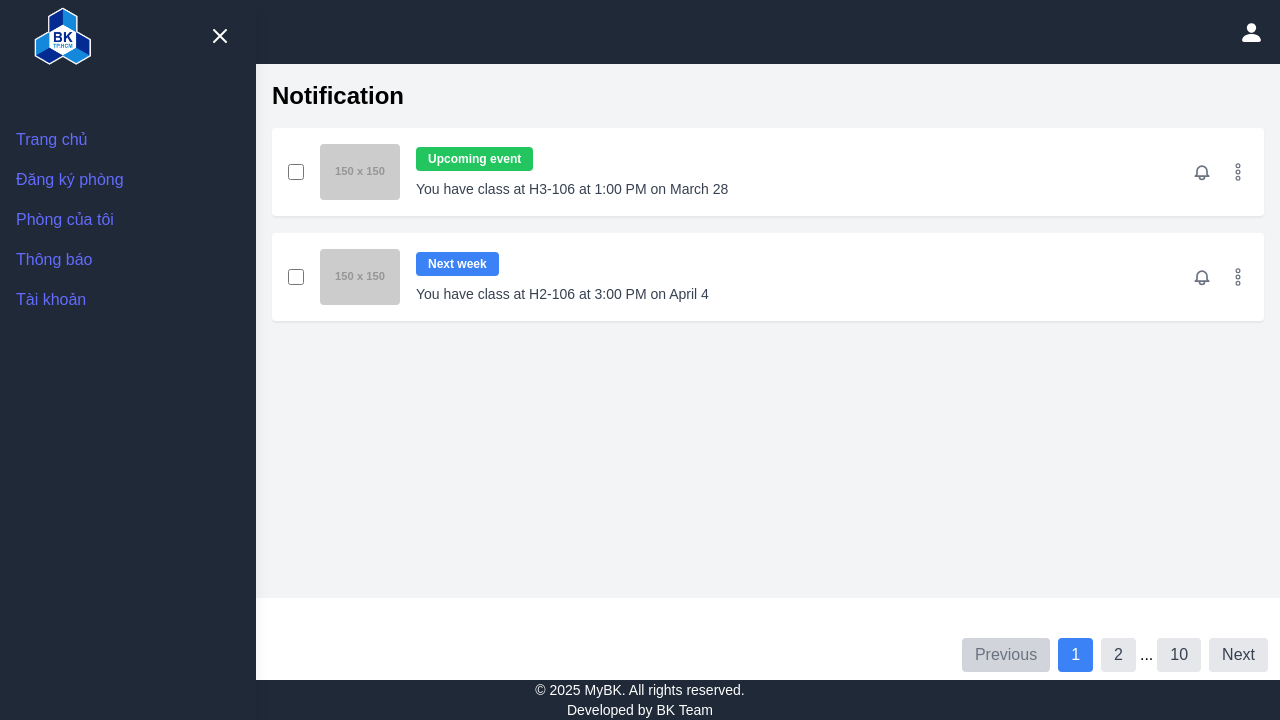
Repository: CNPM-S3MRS/frontend-web
Page: /notification
An editor plug-in stored every save of this project. The page is shown before and after the next save, followed by the edit.
The browser window is 1280 px wide. The pictures show the whole page.
The project was rebuilt for these pictures with package versions that can differ from the ones it lists, and the page was loaded fresh each time. Also part of the build but not shown: vite.config.js, src/pages/auth/Login.jsx.

Above is the page before, as saved 2025-04-09 03:20:51.

After the next save:
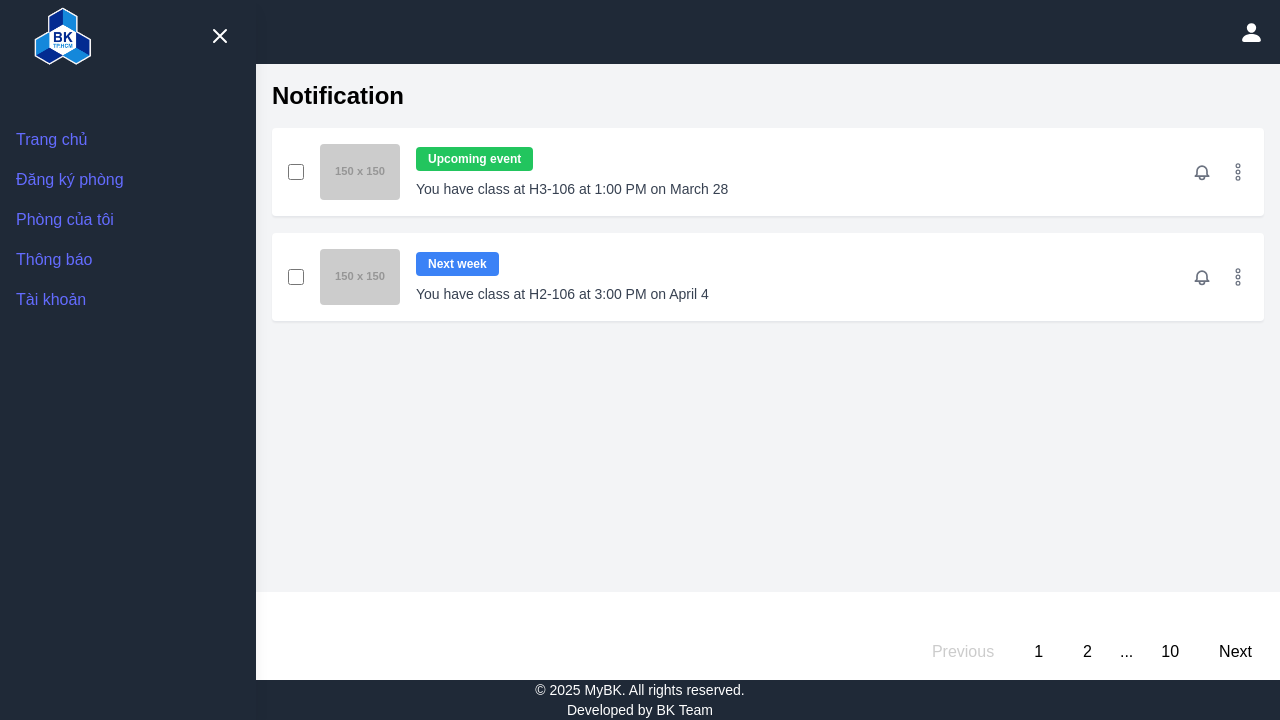
Saved 90 s later.
--- a/src/index.css
+++ b/src/index.css
@@ -63,8 +63,30 @@
   justify-content: center;
 }
 
-.pagination {
-  background-color: none;
+/* Pagination Buttons */
+.pagination button {
+  background-color: transparent; /* Remove background color */
+  border: none; /* Remove border */
+  color: #000; /* Set text color */
+  cursor: pointer;
+  padding: 0.5rem 1rem;
+  font-size: 1rem;
+  font-weight: 500;
+  transition: color 0.3s ease;
+}
+
+.pagination button:hover {
+  color: #007bff; /* Change text color on hover */
+}
+
+.pagination button:disabled {
+  color: #ccc; /* Disabled button text color */
+  cursor: not-allowed;
+}
+
+.pagination span {
+  color: #000; /* Ellipsis color */
+  padding: 0 0.5rem;
 }
 
 button {

After the save that followed:
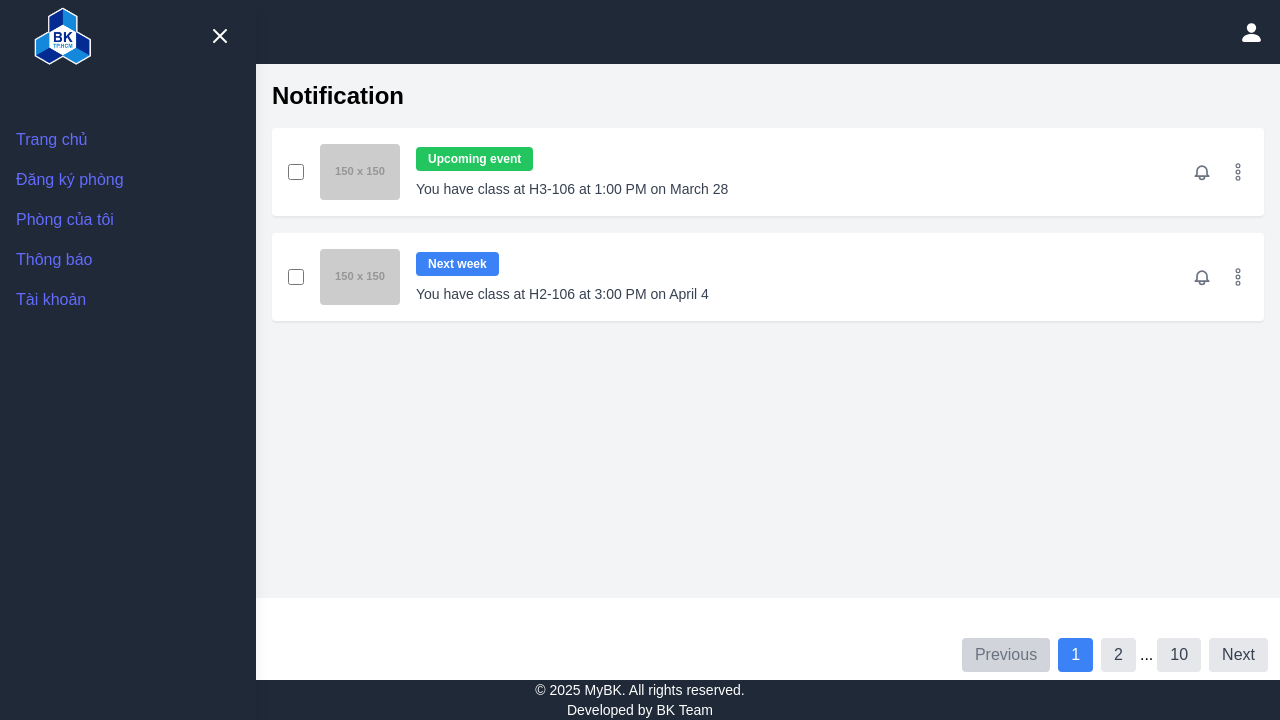
Saved 24 s later.
--- a/src/components/pagination/Pagination.jsx
+++ b/src/components/pagination/Pagination.jsx
@@ -67,7 +67,7 @@
   );
 
   return (
-    <div className="pagination flex items-center justify-center mt-4">
+    <div className="flex items-center justify-center mt-4">
       {/* Previous Button */}
       <button
         onClick={handlePrevious}
